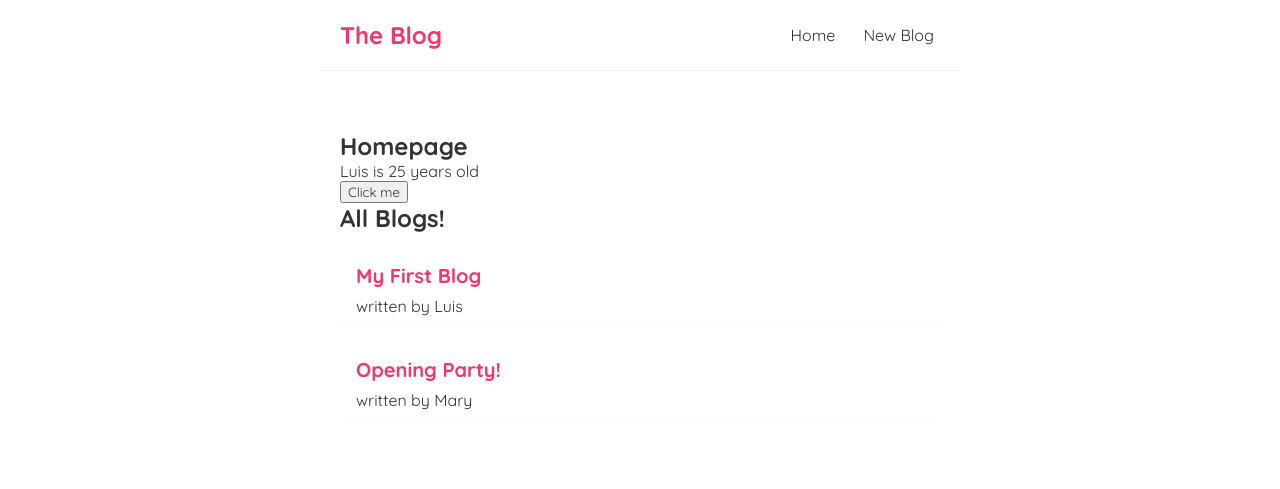
Repository: castilla-aurela/react-blog
Page: /
An editor plug-in stored every save of this project. The page is shown before and after a run of saves, followed by the edit.
The browser window is 1280 px wide. The pictures show the whole page.
The project was rebuilt for these pictures with package versions that can differ from the ones it lists, and the page was loaded fresh each time. Requests to the local data server were answered from the project's data file. Also part of the build but not shown: src/Create.js, src/BlogDetails.js.

Above is the page before, as saved 2022-02-28 19:57:24.

After the next 4 saves:
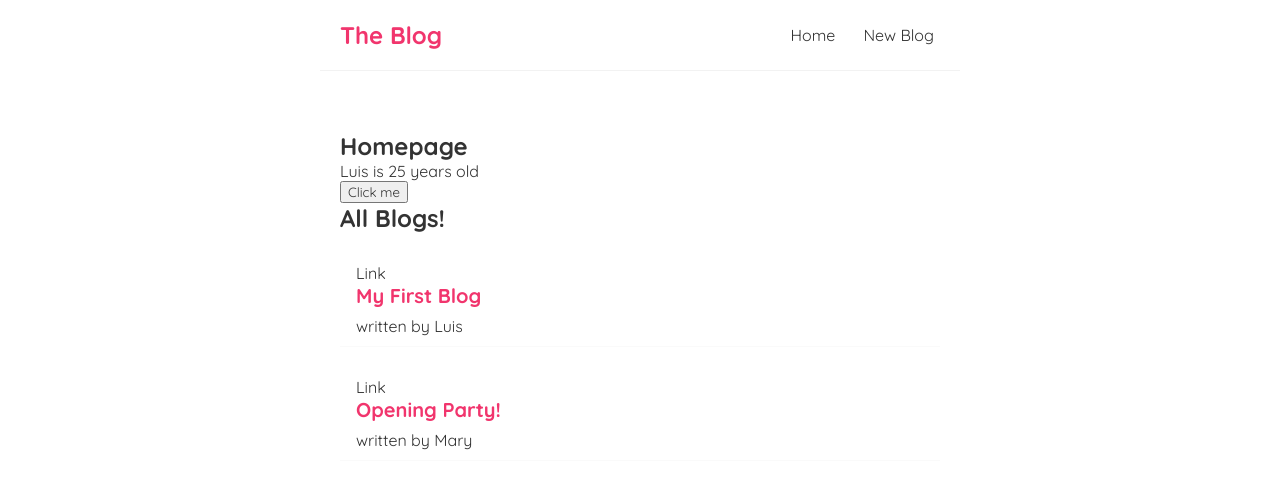
The 4 saves are shown as one change because 1 did not build or start and some came seconds apart.
The last was saved 5 min 43 s later.
--- a/src/BlogList.js
+++ b/src/BlogList.js
@@ -7,6 +7,7 @@ const BlogList = ({blogs, title}) => {   //destructuring the props
             <h2>{title}</h2>
             {blogs.map((blog) => (
         <div className="blog-preview" key={blog.id}>
+          Link
           <h2>{blog.title}</h2>
           <p>written by {blog.author}</p>
           {/*<button onClick={()=> handleDelete(blog.id)}>Delete blog</button>*/}
